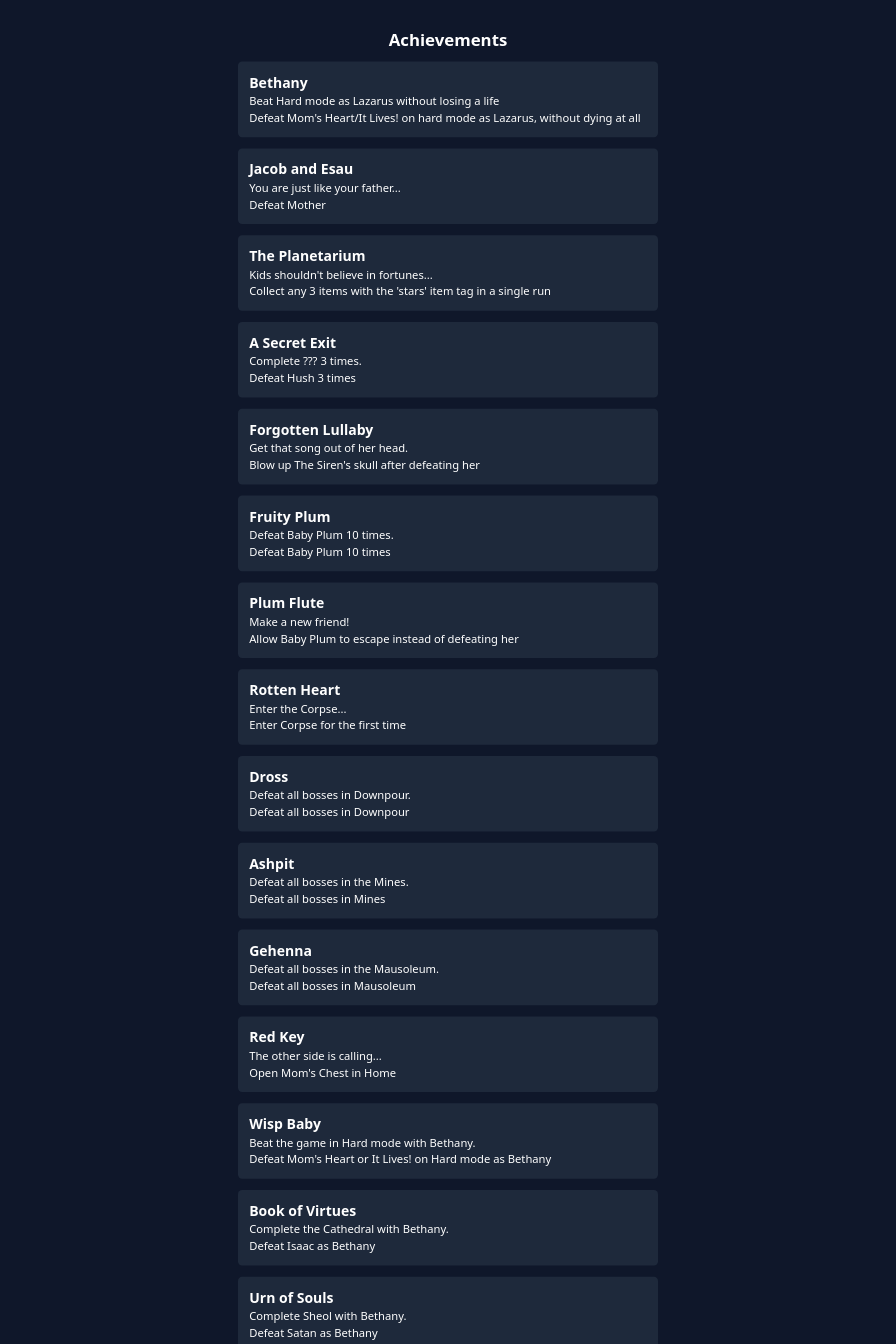
Repository: x9751/binding_of_issac_achivment_checklist
Page: /
An editor plug-in stored every save of this project. The page is shown before and after the next save, followed by the edit.
The browser window is 1280 px wide. The pictures show the part of the page from y = 0 to 1920 px (the page is 86348 px tall before and 86392 px after), at 70% of full size.
The project was rebuilt for these pictures with package versions that can differ from the ones it lists, and the page was loaded fresh each time. Also part of the build but not shown: vite.config.ts.

Above is the page before, as saved 2024-07-22 22:47:43.

After the next save:
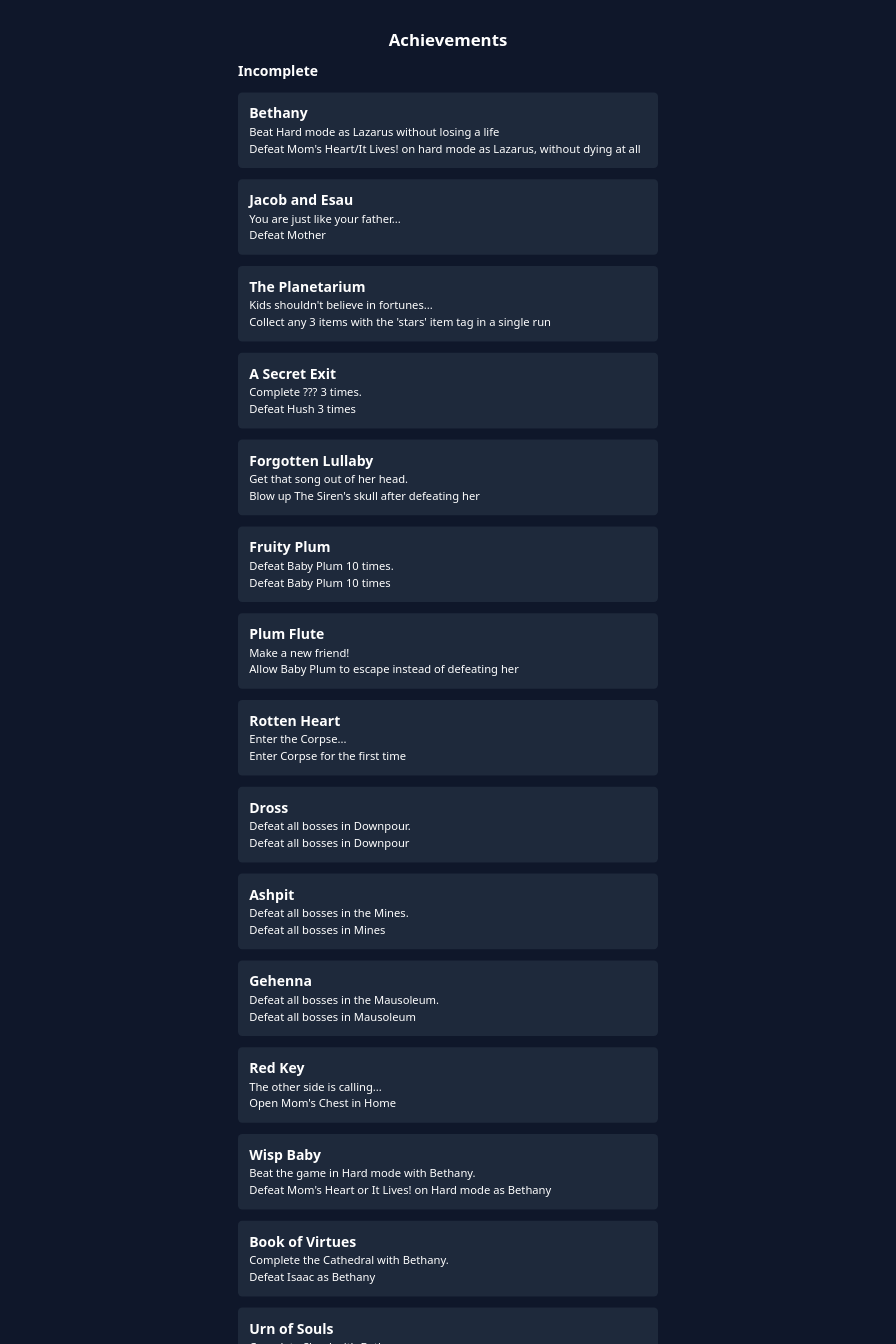
Saved 9 s later.
--- a/src/app.tsx
+++ b/src/app.tsx
@@ -24,6 +24,9 @@
 				<div className="flex items-center justify-center mt-10">
 					<h1 className="text-2xl font-bold">Achievements</h1>
 				</div>
+        <div className="flex flex-col gap-4 mt-4 max-w-[600px] mx-auto ">
+          <h2 className="text-xl font-bold">Incomplete</h2>
+        </div>
 				<div className="flex flex-col gap-4 mt-4 max-w-[600px] mx-auto">
 					{incompleteOpen && incompleteAchievements.map((achievement: Achievement) => (
 						<div
